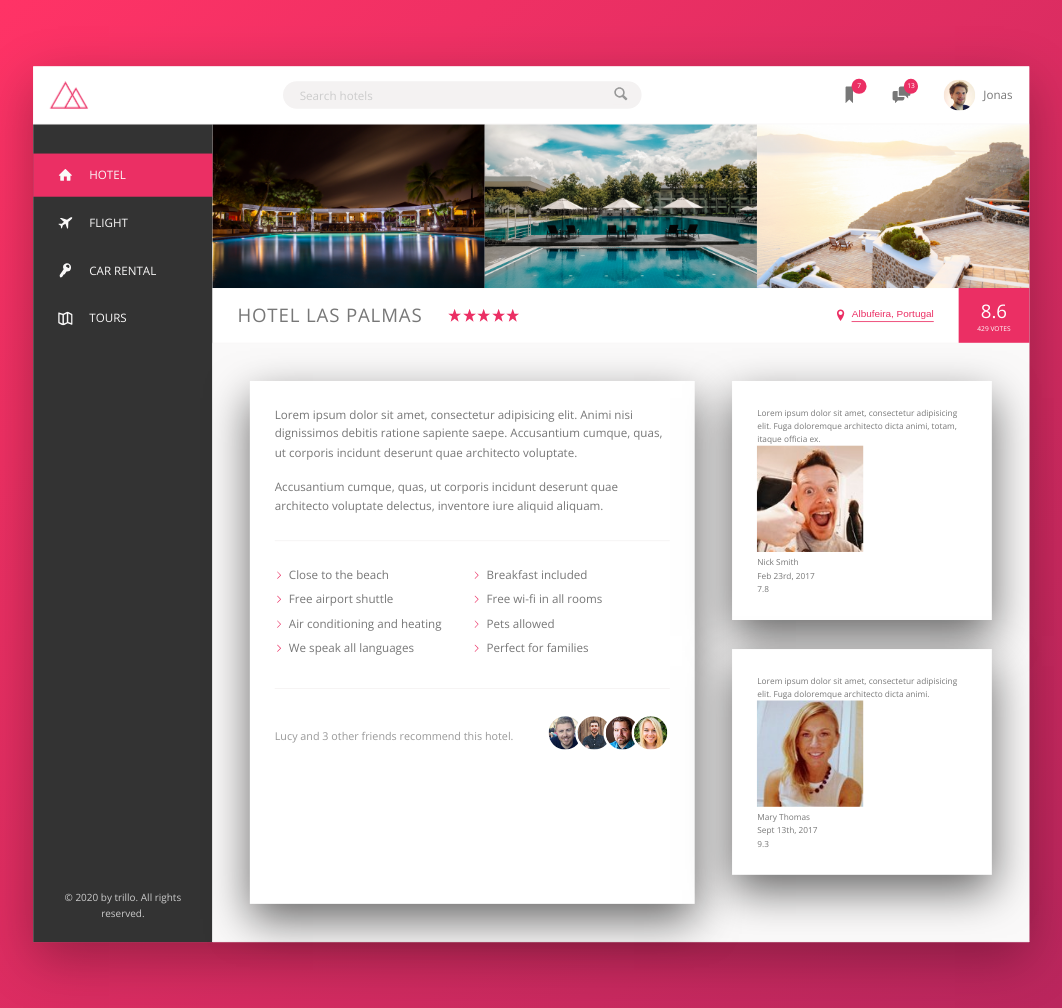
Repository: Lithium87/Trillo
Page: index.html
An editor plug-in stored every save of this project. The page is shown before and after the next save, followed by the edit.
The browser window is 1280 px wide. The pictures show the whole page, at 83% of full size.
The style sheet was rebuilt from its Sass, Less or Tailwind sources for each picture, by a compiler version that may differ from the author's.

Above is the page before, as saved 2020-05-17 01:25:10.

### index.html
<!DOCTYPE html>
<html lang="en">

<head>
    <meta charset="UTF-8">
    <meta name="viewport" content="width=device-width, initial-scale=1.0">

    <link href="https://fonts.googleapis.com/css?family=Open+Sans:300,400,600" rel="stylesheet">
    <link rel="stylesheet" href="css/style.css">
    <link rel="shortcut icon" type="image/png" href="img/favicon.png">

    <title>trillo &mdash; Your all-in-one booking app</title>
</head>

<body>
    <div class="container">
        <header class="header">
            <img src="img/logo.png" alt="Trillo logo" class="logo">
            <form action="#" class="search">
                <input type="text" class="search__input" placeholder="Search hotels">
                <button class="search__button">
                    <svg class="search__icon">
                        <use xlink:href="img/sprite.svg#icon-magnifying-glass"></use>
                    </svg>
                </button>
            </form>

            <nav class="user-nav">
                <div class="user-nav__icon-box">
                    <svg class="user-nav__icon">
                        <use xlink:href="img/sprite.svg#icon-bookmark"></use>
                    </svg>
                    <span class="user-nav__notification">7</span>
                </div>
                <div class="user-nav__icon-box">
                    <svg class="user-nav__icon">
                        <use xlink:href="img/sprite.svg#icon-chat"></use>
                    </svg>
                    <span class="user-nav__notification">13</span>
                </div>
                <div class="user-nav__user">
                    <img src="img/user.jpg" alt="User photo" class="user-nav__user-photo">
                    <span class="user-nav__user-name">Jonas</span>
                </div>
            </nav>
        </header>
        <div class="content">
            <nav class="sidebar">
                <ul class="side-nav">
                    <li class="side-nav__item side-nav__item--active">
                        <a href="#" class="side-nav__link">
                            <svg class="side-nav__icon">
                                <use xlink:href="img/stripe.svg#icon-home"></use>
                            </svg>
                            <span>Hotel</span>
                        </a>
                    </li>
                    <li class="side-nav__item">
                        <a href="#" class="side-nav__link">
                            <svg class="side-nav__icon">
                                <use xlink:href="img/stripe.svg#icon-aircraft"></use>
                            </svg>
                            <span>Flight</span>
                        </a>
                    </li>
                    <li class="side-nav__item">
                        <a href="#" class="side-nav__link">
                            <svg class="side-nav__icon">
                                <use xlink:href="img/stripe.svg#icon-key"></use>
                            </svg>
                            <span>Car rental</span>
                        </a>
                    </li>
                    <li class="side-nav__item">
                        <a href="#" class="side-nav__link">
                            <svg class="side-nav__icon">
                                <use xlink:href="img/stripe.svg#icon-map"></use>
                            </svg>
                            <span>Tours</span>
                        </a>
                    </li>
                </ul>
                <div class="legal">
                    &copy; 2020 by trillo. All rights reserved.
                </div>
            </nav>
            <main class="hotel-view">
                <div class="gallery">
                    <figure class="gallery__item">
                        <img src="img/hotel-1.jpg" alt="Photo of hotel 1" class="gallery__photo">
                    </figure>
                    <figure class="gallery__item">
                        <img src="img/hotel-2.jpg" alt="Photo of hotel 2" class="gallery__photo">
                    </figure>
                    <figure class="gallery__item">
                        <img src="img/hotel-3.jpg" alt="Photo of hotel 3" class="gallery__photo">
                    </figure>
                </div>
                <div class="overview">
                    <h1 class="overview__heading">Hotel Las Palmas</h1>
                    <div class="overview__stars">
                        <svg class="overview__icon-star">
                            <use xlink:href="img/stripe.svg#icon-star"></use>
                        </svg>
                        <svg class="overview__icon-star">
                            <use xlink:href="img/stripe.svg#icon-star"></use>
                        </svg>
                        <svg class="overview__icon-star">
                            <use xlink:href="img/stripe.svg#icon-star"></use>
                        </svg>
                        <svg class="overview__icon-star">
                            <use xlink:href="img/stripe.svg#icon-star"></use>
                        </svg>
                        <svg class="overview__icon-star">
                            <use xlink:href="img/stripe.svg#icon-star"></use>
                        </svg>
                    </div>
                    <div class="overview__location">
                        <svg class="overview__icon-location">
                            <use xlink:href="img/stripe.svg#icon-location-pin"></use>
                        </svg>
                        <button class="btn-inline">Albufeira, Portugal</button>
                    </div>
                    <div class="overview__rating">
                        <div class="overview__rating-average">8.6</div>
                        <div class="overview__rating-count">429 votes</div>
                    </div>
                </div>
                <div class="detail">
                    <div class="description">
                        <p class="paragraph">
                            Lorem ipsum dolor sit amet, consectetur adipisicing elit. Animi nisi dignissimos debitis ratione sapiente saepe. Accusantium cumque, quas, ut corporis incidunt deserunt quae architecto voluptate.
                        </p>
                        <p class="paragraph">
                            Accusantium cumque, quas, ut corporis incidunt deserunt quae architecto voluptate delectus, inventore iure aliquid aliquam.
                        </p>
                        <ul class="list">
                            <li class="list__item">Close to the beach</li>
                            <li class="list__item">Breakfast included</li>
                            <li class="list__item">Free airport shuttle</li>
                            <li class="list__item">Free wi-fi in all rooms</li>
                            <li class="list__item">Air conditioning and heating</li>
                            <li class="list__item">Pets allowed</li>
                            <li class="list__item">We speak all languages</li>
                            <li class="list__item">Perfect for families</li>
                        </ul>
                        <div class="recommend">
                            <p class="recommend__count">
                                Lucy and 3 other friends recommend this hotel.
                            </p>
                            <div class="recommend__friends">
                                <img src="img/user-3.jpg" alt="Friend 1" class="recommend__photo">
                                <img src="img/user-4.jpg" alt="Friend 2" class="recommend__photo">
                                <img src="img/user-5.jpg" alt="Friend 3" class="recommend__photo">
                                <img src="img/user-6.jpg" alt="Friend 4" class="recommend__photo">
                            </div>
                        </div>
                    </div>
                    <div class="user-reviews">
                        <figure class="review">
                            <blockquote class="review__text">
                                Lorem ipsum dolor sit amet, consectetur adipisicing elit. Fuga doloremque architecto dicta animi, totam, itaque officia ex.
                            </blockquote>
                            <figcaption class="review__user">
                                <img src="img/user-1.jpg" alt="User 1" class="review__photo">
                                <div class="review__user-box">
                                    <p class="review__user-name">Nick Smith</p>
                                    <p class="review__user-date">Feb 23rd, 2017</p>
                                </div>
                                <div class="review__rating">7.8</div>
                            </figcaption>
                        </figure>
                        <figure class="review">
                            <blockquote class="review__text">
                                Lorem ipsum dolor sit amet, consectetur adipisicing elit. Fuga doloremque architecto dicta animi.
                            </blockquote>
                            <figcaption class="review__user">
                                <img src="img/user-2.jpg" alt="User 2" class="review__photo">
                                <div class="review__user-box">
                                    <p class="review__user-name">Mary Thomas</p>
                                    <p class="review__user-date">Sept 13th, 2017</p>
                                </div>
                                <div class="review__rating">9.3</div>
                            </figcaption>
                        </figure>
                    </div>
                </div>
            </main>
        </div>
    </div>
</body>

</html>

### sass/_base.scss
:root {
    --color-primary: #eb2f64;
    --color-primary-light: #FF3366;
    --color-primary-dark: #BA265D;
    --color-grey-light-1: #faf9f9;
    --color-grey-light-2: #f4f2f2;
    --color-grey-light-3: #f0eeee;
    --color-grey-light-4: #ccc;
    --color-grey-dark-1: #333;
    --color-grey-dark-2: #777;
    --color-grey-dark-3: #999;
    --shadow-dark: 0 2rem 6rem rgba(0, 0, 0, .3);
    --shadow-light: 0 2rem 5rem rgba(0, 0, 0, .6);
    --line: 1px solid var(--color-grey-light-2);
}

* {
    margin: 0;
    padding: 0;
}

*,
*::before,
*::after {
    box-sizing: inherit;
}

html {
    box-sizing: border-box;
    font-size: 62.5%; // 1rem = 10px
}

body {
    font-family: 'Open Sans', sans-serif;
    font-weight: 400;
    line-height: 1.6;
    color: var(--color-grey-dark-2);
    background-image: linear-gradient(to right bottom, var(--color-primary-light), var(--color-primary-dark));
    background-size: cover;
    background-repeat: no-repeat;
    min-height: 100vh;
}

### sass/_layout.scss
.container {
    max-width: 120rem;
    margin: 8rem auto;
    background-color: var(--color-grey-light-1);
    box-shadow: var(--shadow-dark);
    min-height: 50rem;
}

.header {
    font-size: 1.4rem;
    height: 7rem;
    background-color: #fff;
    border-bottom: var(--line);
    display: flex;
    justify-content: space-between;
    align-items: center;
}

.content {
    display: flex;
}

.sidebar {
    background-color: var(--color-grey-dark-1);
    flex: 0 0 18%;
    display: flex;
    flex-direction: column;
    justify-content: space-between;
}

.hotel-view {
    background-color: #fff;
    flex: 1;
}

.detail {
    display: flex;
    padding: 4.5rem;
    background-color: var(--color-grey-light-1);
    border-bottom: var(--line);
}

.description {
    font-size: 1.4rem;
    background-color: #fff;
    box-shadow: var(--shadow-light);
    padding: 3rem;
    flex: 0 0 60%;
    margin-right: 4.5rem;
}

.user-reviews {
    flex: 1;
}

### sass/_components.scss
///////////////////////
//LOGO
.logo {
    height: 3.25rem;
    margin-left: 2rem;
}

///////////////////////
//SEARCH BOX
.search {
    flex: 0 0 40%;
    display: flex;
    align-items: center;
    justify-content: center;
    &__input {
        font-family: inherit;
        font-size: inherit;
        color: inherit;
        background-color: var(--color-grey-light-2);
        border: none;
        padding: .7rem 2rem;
        border-radius: 100px;
        width: 90%;
        transition: all .2s;
        margin-right: -3.5rem;
        &:focus {
            outline: none;
            width: 100%;
            background-color: var(--color-grey-light-3);
        }
        &::-webkit-input-placeholder {
            font-weight: 100;
            color: var(--color-grey-light-4);
        }
    }
    &__input:focus+&__button {
        background-color: var(--color-grey-light-3);
    }
    &__button {
        border: none;
        background-color: var(--color-grey-light-2);
        &:focus {
            outline: none;
        }
        &:active {
            transform: translateY(2px);
        }
    }
    &__icon {
        height: 2rem;
        width: 2rem;
        fill: var(--color-grey-dark-3);
    }
}

///////////////////////
//USER NAVIGATION
.user-nav {
    align-self: stretch;
    display: flex;
    align-items: center;
    &>* {
        padding: 0 2rem;
        cursor: pointer;
        height: 100%;
        display: flex;
        align-items: center;
    }
    &>*:hover {
        background-color: var(--color-grey-light-2);
    }
    &__icon-box {
        position: relative;
    }
    &__icon {
        height: 2.25rem;
        width: 2.25rem;
        fill: var(--color-grey-dark-2);
    }
    &__notification {
        font-size: .8rem;
        height: 1.75rem;
        width: 1.75rem;
        border-radius: 50%;
        background-color: var(--color-primary);
        color: #fff;
        position: absolute;
        top: 1.5rem;
        right: 1.1rem;
        display: flex;
        justify-content: center;
        align-items: center;
    }
    &__user-photo {
        height: 3.75rem;
        border-radius: 50%;
        margin-right: 1rem;
    }
}

///////////////////////
//SIDE NAVIGATION
.side-nav {
    font-size: 1.4rem;
    list-style: none;
    margin-top: 3.5rem;
    &__item {
        position: relative;
        &:not(:last-child) {
            margin-bottom: .5rem;
        }
    }
    &__item::before {
        content: "";
        position: absolute;
        top: 0;
        left: 0;
        height: 100%;
        width: 3px;
        background-color: var(--color-primary);
        transform: scaleY(0);
        transition: transform .2s, width .4s cubic-bezier(1, 0, 0, 1) .2s, background-color .1s;
    }
    &__item:hover::before,
    &__item--active::before {
        transform: scaleY(1);
        width: 100%;
    }
    &__item:active::before {
        background-color: var(--color-primary-light);
    }
    &__link:link,
    &__link:visited {
        color: var(--color-grey-light-1);
        text-decoration: none;
        text-transform: uppercase;
        display: block;
        padding: 1.5rem 3rem;
        position: relative;
        z-index: 10;
        display: flex;
        align-items: center;
    }
    &__icon {
        width: 1.75rem;
        height: 1.75rem;
        margin-right: 2rem;
        fill: currentColor;
    }
}

///////////////////////
//LEGAL TEXT
.legal {
    font-size: 1.2rem;
    color: var(--color-grey-light-4);
    text-align: center;
    padding: 2.5rem;
}

///////////////////////
//GALLERY
.gallery {
    display: flex;
    &__photo {
        width: 100%;
        display: block;
    }
}

///////////////////////
//HOTEL OVERVIEW
.overview {
    display: flex;
    align-items: center;
    border-bottom: var(--line);
    &__heading {
        font-size: 2.25rem;
        font-weight: 300;
        text-transform: uppercase;
        letter-spacing: 1px;
        padding: 1.5rem 3rem;
    }
    &__stars {
        margin-right: auto;
        display: flex;
    }
    &__icon-star,
    &__icon-location {
        width: 1.75rem;
        height: 1.75rem;
        fill: var(--color-primary);
    }
    &__location {
        font-size: 1.2rem;
        display: flex;
        align-items: center;
    }
    &__icon-location {
        margin-right: .5rem;
    }
    &__rating {
        background-color: var(--color-primary);
        color: #fff;
        margin-left: 3rem;
        padding: 0 2.25rem;
        align-self: stretch;
        display: flex;
        flex-direction: column;
        align-items: center;
        justify-content: center;
    }
    &__rating-average {
        font-size: 2.25rem;
        font-weight: 300;
        margin-bottom: -3px;
    }
    &__rating-count {
        font-size: .8rem;
        text-transform: uppercase;
    }
}

///////////////////////
//BUTTON INLINE
.btn-inline {
    border: none;
    color: var(--color-primary);
    font-size: inherit;
    border-bottom: 1px solid currentColor;
    padding-bottom: 2px;
    display: inline-block;
    background-color: transparent;
    cursor: pointer;
    transition: all .2s;
    &:hover {
        color: var(--color-grey-dark-1);
    }
    &:focus {
        outline: none;
        animation: pulsate 1s infinite;
    }
}

@keyframes pulsate {
    0% {
        transform: scale(1);
        box-shadow: none;
    }
    50% {
        transform: scale(1.05);
        box-shadow: 0 1rem 4rem rgba(0, 0, 0, .25);
    }
    100% {
        transform: scale(1);
        box-shadow: none;
    }
}

///////////////////////
//PARAGRAPH
.paragraph:not(:last-of-type) {
    margin-bottom: 2rem;
}

///////////////////////
//LIST
.list {
    list-style: none;
    margin: 3rem 0;
    padding: 3rem 0;
    border-top: var(--line);
    border-bottom: var(--line);
    display: flex;
    flex-wrap: wrap;
    &__item {
        flex: 0 0 50%;
        margin-bottom: .7rem;
    }
    &__item::before {
        content: "";
        display: inline-block;
        height: 1rem;
        width: 1rem;
        margin-right: .7rem;
        //Older browsers
        //background-image: url(../img/chevron-thin-right.svg);
        //background-size: cover;
        //Newer browsers - masks
        background-color: var(--color-primary);
        -webkit-mask-image: url(../img/chevron-thin-right.svg);
        -webkit-mask-size: cover;
        mask-image: url(../img/chevron-thin-right.svg);
        mask-size: cover;
    }
}

///////////////////////
//RECOMMEND
.recommend {
    font-size: 1.3rem;
    color: var(--color-grey-dark-3);
    display: flex;
    align-items: center;
    &__count {
        margin-right: auto;
    }
    &__photo {
        box-sizing: content-box;
        height: 4rem;
        width: 4rem;
        border-radius: 50%;
        border: 3px solid #fff;
        &:not(:last-child) {
            margin-right: -1.5rem;
        }
    }
}

///////////////////////
//REVIEWS
.review {
    background-color: #fff;
    box-shadow: var(--shadow-light);
    padding: 3rem;
    margin-bottom: 3.5rem;
    &__text {}
    &__user {}
    &__photo {}
    &__user-box {}
    &__user-name {}
    &__user-date {}
    &__rating {}
}

Loaded but not shown: sass/main.scss (common file)

After the next save:
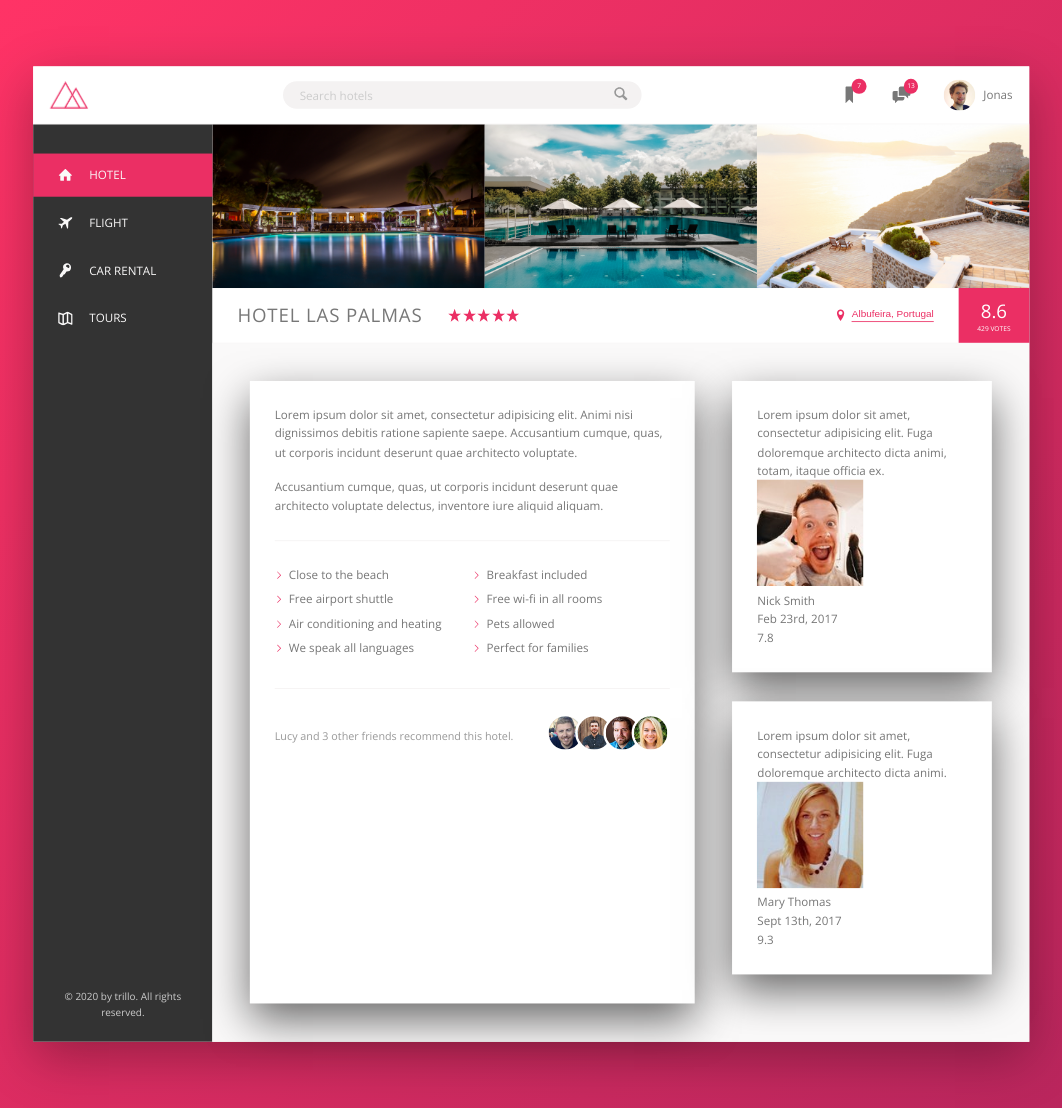
Saved 2 min 38 s later.
--- a/sass/_layout.scss
+++ b/sass/_layout.scss
@@ -34,6 +34,7 @@
 }
 
 .detail {
+    font-size: 1.4rem;
     display: flex;
     padding: 4.5rem;
     background-color: var(--color-grey-light-1);
@@ -41,7 +42,6 @@
 }
 
 .description {
-    font-size: 1.4rem;
     background-color: #fff;
     box-shadow: var(--shadow-light);
     padding: 3rem;
